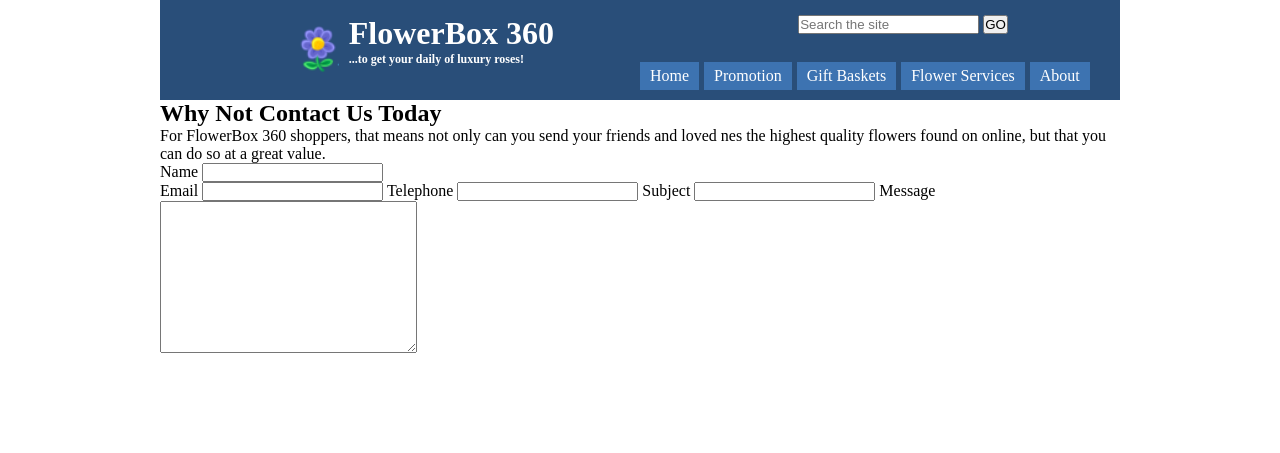
Repository: hoangnguyen1903/STT_21084321_NguyenHuyHoang_DHKHMT17B_Tuan4_DeThamKhao3
Page: html/demo.html
The author's editor kept a copy of each file at every save. The page is drawn from the files as they stood at one save, then again after the next save.
The browser window is 1280 px wide. The pictures show the whole page.

Above is the page before, as saved 2023-03-09 14:27:53.

### html/demo.html
<!DOCTYPE html>
<html lang="en">
  <head>
    <meta charset="UTF-8" />
    <meta http-equiv="X-UA-Compatible" content="IE=edge" />
    <meta name="viewport" content="width=device-width, initial-scale=1.0" />
    <title>Demo 3</title>
    <style>
      * {
        padding: 0;
        box-sizing: border-box;
        margin: 0 auto;
      }

      .wrapper {
        width: 960px;
        height: 100%;
      }

      .header {
        width: 960px;
        height: 100px;
        background-color: #294e79;
        color: #fff;
        display: flex;
        position: relative;
      }

      .header > .header__left {
        display: flex;
        padding: 15px 20px;
      }

      .header > .header__left > img {
        padding-right: 10px;
      }

      .header > .header__left > div > h2 {
        font-size: 12px;
      }

      .header > .header__right {
        padding-top: 15px;
      }

      .header > .header__bottom {
        position: absolute;
        bottom: 10px;
        left: 50%;
        display: flex;
      }

      .header > .header__bottom > li {
        list-style: none;
        margin-right: 5px;
        background-color: #3d73b1;
        padding: 5px 10px;
      }

      .header > .header__bottom > li:hover {
        background-color: #fff;
      }

      .header > .header__bottom > li:hover > a {
        color: #000;
      }

      .header > .header__bottom > li > a {
        text-decoration: none;
        color: white;
      }
    </style>
  </head>
  <body>
    <div class="wrapper">
      <div class="header">
        <div class="header__left">
          <img src="../img/AnhLogo.PNG" alt="Logo" class="logo" />
          <div>
            <h1>FlowerBox 360</h1>
            <h2>...to get your daily of luxury roses!</h2>
          </div>
        </div>
        <ul class="header__bottom">
          <li><a href="#">Home</a></li>
          <li><a href="#">Promotion</a></li>
          <li><a href="#">Gift Baskets</a></li>
          <li><a href="#">Flower Services</a></li>
          <li><a href="#">About</a></li>
        </ul>
        <div class="header__right">
          <input
            type="text"
            name="txt"
            id="txt"
            placeholder="Search the site"
          />
          <input type="button" value="GO" />
        </div>
      </div>
      <div class="content">
        <div class="content__left">
          <h2 class="content__left-top">Why Not Contact Us Today</h2>
          <div class="content__left-bottom">
            <div class="content__left-form">
              <p>
                For FlowerBox 360 shoppers, that means not only can you send
                your friends and loved nes the highest quality flowers found on
                online, but that you can do so at a great value.
              </p>
            </div>
            <form action="">
              <div>
                <label for="name">Name</label>
                <input type="text" name="name" id="name" />
              </div>
              <label for="email">Email</label>
              <input type="email" name="email" id="email" />
              <label for="telephone">Telephone</label>
              <input type="number" name="telephone" id="telephone" />
              <label for="subject">Subject</label>
              <input type="text" name="subject" id="subject" />
              <label for="message">Message</label>
              <textarea
                name="message"
                id="message"
                cols="30"
                rows="10"
              ></textarea>
            </form>
          </div>
        </div>
      </div>
      <div class="footer"></div>
    </div>
  </body>
</html>

After the next save:
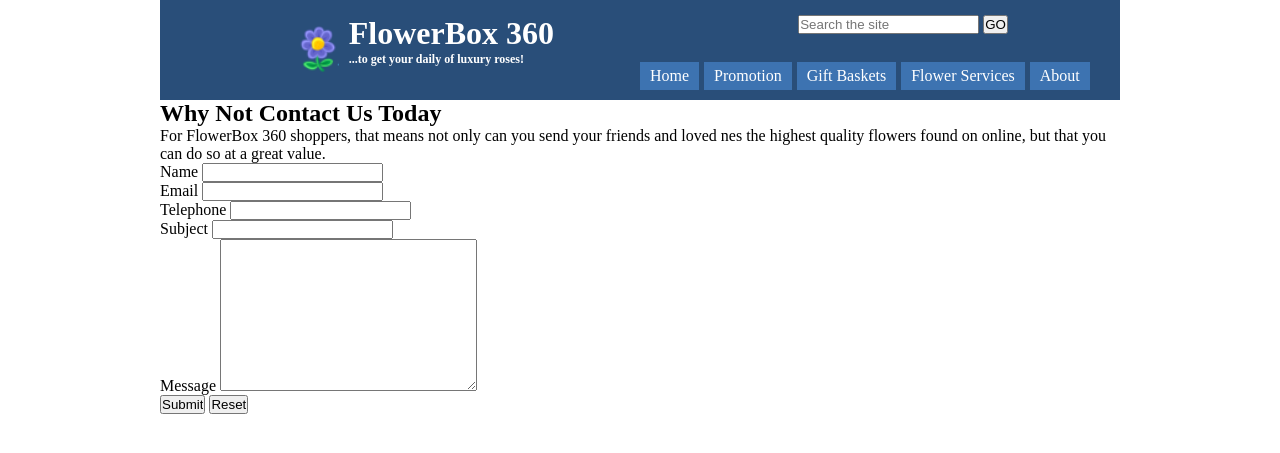
Saved 2 min 47 s later.
--- a/html/demo.html
+++ b/html/demo.html
@@ -114,19 +114,31 @@
                 <label for="name">Name</label>
                 <input type="text" name="name" id="name" />
               </div>
-              <label for="email">Email</label>
-              <input type="email" name="email" id="email" />
-              <label for="telephone">Telephone</label>
-              <input type="number" name="telephone" id="telephone" />
-              <label for="subject">Subject</label>
-              <input type="text" name="subject" id="subject" />
-              <label for="message">Message</label>
-              <textarea
-                name="message"
-                id="message"
-                cols="30"
-                rows="10"
-              ></textarea>
+              <div>
+                <label for="email">Email</label>
+                <input type="email" name="email" id="email" />
+              </div>
+              <div>
+                <label for="telephone">Telephone</label>
+                <input type="number" name="telephone" id="telephone" />
+              </div>
+              <div>
+                <label for="subject">Subject</label>
+                <input type="text" name="subject" id="subject" />
+              </div>
+              <div>
+                <label for="message">Message</label>
+                <textarea
+                  name="message"
+                  id="message"
+                  cols="30"
+                  rows="10"
+                ></textarea>
+              </div>
+              <div>
+                <input type="submit" value="Submit" />
+                <input type="reset" value="Reset" />
+              </div>
             </form>
           </div>
         </div>
